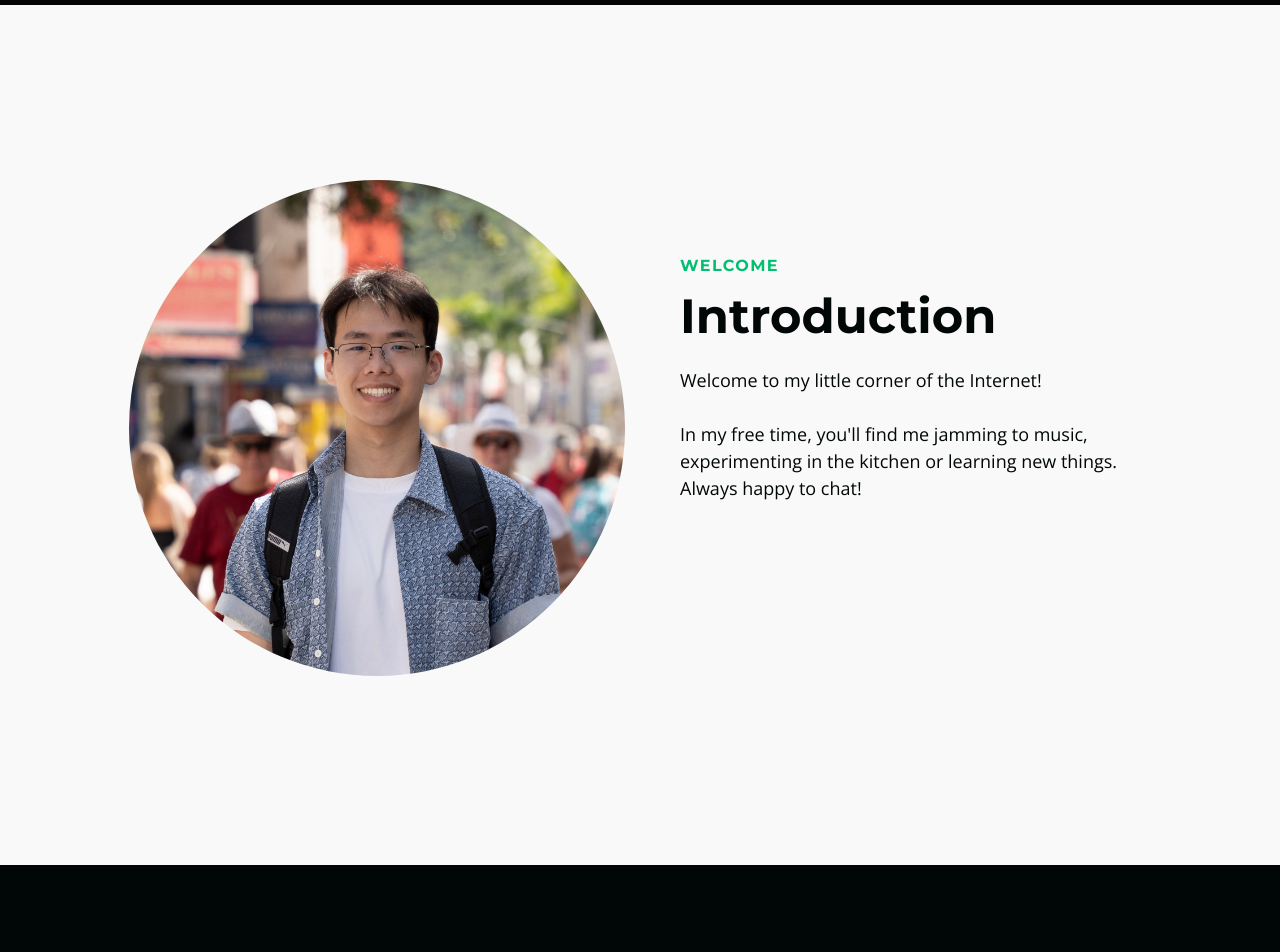
Repository: icer6683/Website
Page: /
The author's editor kept a copy of each file at every save. The page is drawn from the files as they stood at one save, then again after the next save.
The browser window is 1280 px wide. The pictures show the part of the page from y = 875 to 1827 px (the page is 5393 px tall).
The project was rebuilt for these pictures with package versions that can differ from the ones it lists, and the page was loaded fresh each time. Also part of the build but not shown: src/Components/ContactMe/ContactMeElements.js, src/Components/ContactMe/index.js, src/Pages/contactme.js. Imported but missing from the stored project, and not drawn on this page: src/Video/video.mp4.

Above is the page before, as saved 2025-01-24 23:49:44.

### public/index.html
<!DOCTYPE html>
<html lang="en">

<head>
  <meta charset="utf-8" />
  <link rel="icon" href="%PUBLIC_URL%/logo.png" />
  <meta name="viewport" content="width=device-width, initial-scale=1" />
  <meta name="theme-color" content="#000000" />
  <meta name="name" content="Andrew Lou" />
  <meta name="description" content=" Portfolio website of Andrew Lou, a undergradaute student at Wharton." />
  <meta name="keywords" content="Andrew Lou, Wharton, Cornell, UPenn, Finance, Computer Science, Connecticut ">
  <link rel="apple-touch-icon" href="%PUBLIC_URL%/logo.png" />
  <link rel="stylesheet" href="https://use.fontawesome.com/releases/v5.15.1/css/all.css"
    integrity="sha384-vp86vTRFVJgpjF9jiIGPEEqYqlDwgyBgEF109VFjmqGmIY/Y4HV4d3Gp2irVfcrp" crossorigin="anonymous">
  <link rel="preconnect" href="https://fonts.gstatic.com">
  <link rel="preconnect" href="https://fonts.gstatic.com">
  <link href="https://fonts.googleapis.com/css2?family=Montserrat:wght@600;700&display=swap" rel="stylesheet">
  <link rel="preconnect" href="https://fonts.gstatic.com">
  <link href="https://fonts.googleapis.com/css2?family=Open+Sans:wght@300;400&display=swap" rel="stylesheet">
  <!--
      manifest.json provides metadata used when your web app is installed on a
      user's mobile device or desktop. See https://developers.google.com/web/fundamentals/web-app-manifest/
    -->
  <link rel="manifest" href="%PUBLIC_URL%/manifest.json" />
  <!--
      Notice the use of %PUBLIC_URL% in the tags above.
      It will be replaced with the URL of the `public` folder during the build.
      Only files inside the `public` folder can be referenced from the HTML.

      Unlike "/favicon.ico" or "favicon.ico", "%PUBLIC_URL%/favicon.ico" will
      work correctly both with client-side routing and a non-root public URL.
      Learn how to configure a non-root public URL by running `npm run build`.
    -->
  <title>Andrew Lou</title>
</head>

<body>
  <noscript>Hey there! This is Andrew. I'm orginally from Connecticut. I'm currently a sophomore at Wharton focusing on
    finance and computer science. Browse this website to learn more me! </noscript>
  <div id="root"></div>
  <!--
      This HTML file is a template.
      If you open it directly in the browser, you will see an empty page.

      You can add webfonts, meta tags, or analytics to this file.
      The build step will place the bundled scripts into the <body> tag.

      To begin the development, run `npm start` or `yarn start`.
      To create a production bundle, use `npm run build` or `yarn build`.
    -->
</body>

</html>

### src/App.js
import './App.css';
import React from 'react';
import { BrowserRouter as Router, Switch, Route } from 'react-router-dom'
import Home from './Pages';
import ContactMePage from './Pages/contactme';
function App() {
  return (
    <Router>
      <Switch>
        <Route path="/" component={Home} exact />
        <Route path="/contactme" component={ContactMePage} exact />
      </Switch>
    </Router>
  );
}

export default App;

### src/App.css
*{
  box-sizing: border-box;
  margin: 0;
  padding:0;
  font-family: 'Montserrat', sans-serif;
}

### src/Pages/index.js
import React, { useState } from 'react'
import Navbar from '../Components/Navbar';
import Topbar from '../Components/Topbar';
import HeroSection from '../Components/Main';
import Sections from '../Components/Sections';
import Gallery from '../Components/Gallery';
import { homeObjOne, homeObjTwo } from '../Components/Sections/Data';
import Footer from '../Components/Footer'
import Timeline from '../Components/Timeline';
const Home = () => {
    const [isOpen, setIsOpen] = useState(false);

    const toggle = () => {
        setIsOpen(!isOpen);
    };
    return (
        <>
            <Topbar isOpen={isOpen} toggle={toggle} />
            <Navbar toggle={toggle} />
            <HeroSection />
            <Sections {...homeObjOne} />
            <Sections {...homeObjTwo} />
            <Timeline />
            <Gallery />
            <Footer />
        </>
    )
}

export default Home

### src/Components/Topbar/index.js
import React from 'react';
import { TopbarContainer, Icon, CloseIcon, TopbarWrapper, TopbarMenu, TopbarLink, TopBtnWrap, TopbarRoute, TopbarContactMe, StyledPopup, TopBtnLink }
    from './TopbarElements';
import { animateScroll as scroll } from 'react-scroll';

const Topbar = ({ isOpen, toggle }) => {
    const changeTop = () => {
        scroll.scrollToTop();
    }
    return (
        <TopbarContainer isOpen={isOpen} onClick={toggle}>
            <Icon onClick={toggle}>
                <CloseIcon />
            </Icon>
            <TopbarWrapper>
                <TopbarMenu>
                    <TopbarLink to="about" onClick={toggle}>About</TopbarLink>
                    <TopbarLink to="updates" onClick={toggle}>Updates</TopbarLink>
                    <TopbarLink to="experiences" onClick={toggle}>Experiences</TopbarLink>
                    <TopbarLink to="interests" onClick={toggle}>Interests</TopbarLink>
                </TopbarMenu>
                <TopBtnWrap>
                    <TopBtnLink to='/contactme' onClick={changeTop}>Contact Me</TopBtnLink>
                </TopBtnWrap>
            </TopbarWrapper>
        </TopbarContainer>
    );
};

export default Topbar;

### src/Components/Main/index.js
import React from 'react';
import Video from '../../Video/video.mp4';
import { HeroContainer, HeroBg, VideoBg, HeroContent, HeroH1, HeroP, HeroBtnMenu, HeroSmall } from './HeroElements';
import './Main.css';
import Typewriter from 'typewriter-effect';
const HeroSection = ({ shape }) => {
    return (
        <HeroContainer id="home">
            <HeroBg>
                <VideoBg autoPlay loop playsinline muted src={Video} type='video/mp4' style={{ WebkitMediaControls: 'display(none)' }} />
            </HeroBg>
            <HeroContent>
                <HeroH1><Typewriter
                    onInit={(typewriter) => {
                        typewriter
                            .typeString("Hey there!")
                            .pauseFor(1000)
                            .deleteAll()
                            .typeString("I'm Andrew. ")
                            .start();
                    }}
                /></HeroH1>
                <HeroP>
                    J.D Candidate at <a href="https://law.yale.edu/" class="yaleLink">Yale Law</a>.
                </HeroP>
                <HeroBtnMenu>
                    <a href="https://github.com/icer6683" className="buttonMain" target="_blank" rel="noreferrer"><i class="fab fa-github fa-2x button"></i></a>
                    <a href="http://www.linkedin.com/in/andrewlou6683" className="buttonMain" target="_blank" rel="noreferrer"><i class="fab fa-linkedin fa-2x button"></i></a>
                </HeroBtnMenu>
                <HeroSmall style={{ transform: 'translate(0%, 1400%)' }}>
                    Built from scratch with React, HTML5 and CSS3
                </HeroSmall>
            </HeroContent>
        </HeroContainer>
    )
}

export default HeroSection

### src/Components/Sections/index.js
import React from 'react'
import {Button} from '../ButtonElement'
import {InfoContainer, InfoWrapper, InfoRow, Column1, TextWrapper, TopLine, Heading, Subtitle, BtnWrap, Column2, ImgWrap, Img, A} from './SectionElements'
import ArrowForwardIcon from '@material-ui/icons/ArrowForward';
const Sections = ({onClick, lightBg, id, imgStart, topLine, lightText, headline, darkText, description, buttonLabel, img, alt, round, shape, primary, dark, dark2, show,src}) => {
    return (
        <>
            <InfoContainer lightBg={lightBg} id={id}>
                <InfoWrapper>
                    <InfoRow imgStart={imgStart}>
                        <Column1>
                            <TextWrapper>
                                <TopLine>{topLine}</TopLine>
                                <Heading lightText = {lightText}>{headline}</Heading>
                                <Subtitle darkText = {darkText}>{description}</Subtitle>
                                <BtnWrap>
                                    <Button
                                    shape = {shape}
                                    smooth={true}
                                    duration = {true}
                                    spy={true}
                                    exact='true'
                                    offset={-80}
                                    primary={primary? 1 : 0}
                                    dark = {dark ? 1 : 0}
                                    dark2 = {dark2 ? 1 : 0}
                                    style = {{display: show}}
                                ><A href={src} onClick={onClick}>{buttonLabel}&nbsp;<ArrowForwardIcon style = {{fontSize: '1rem'}}/></A></Button>
                                </BtnWrap>
                            </TextWrapper>
                        </Column1>

                        <Column2>
                            <ImgWrap>
                                <Img src = {img} alt={alt} round={round}/>
                            </ImgWrap>
                        </Column2>
                    </InfoRow>
                </InfoWrapper>
            </InfoContainer>
        </>
    )
}

export default Sections;

### src/Components/Sections/Data.js
import face from '../../Images/face.JPG';
import walking from '../../Images/walking.svg';

export const homeObjOne = {
    id: 'about',
    lightBg: true,
    lightText: false,
    lightTextDesc: false,
    topLine: 'Welcome',
    headline: "Introduction",
    description: "Welcome to my little corner of the Internet! \n\nIn my free time, you'll find me jamming to music, experimenting in the kitchen or learning new things. Always happy to chat!",
    shape: false,
    imgStart: true,
    img: face,
    alt: 'Face',
    dark: true,
    primary: true,
    darkText: true,
    round: true,
    show: 'none'
}
export const homeObjTwo = {
    id: 'updates',
    lightBg: false,
    lightText: true,
    lightTextDesc: true,
    topLine: 'Updates',
    headline: "Current",
    description: "At Penn, I am a Cohort Director for Wharton Cohorts, a VP in the Wharton Undergraduate Distressed Investing Club and an opinion columnist for the Daily Pennsylvanian. Other clubs I'm involved with include the Wharton Investment and Trading Group, Wharton Asia Exchange and Penn Wharton China Summit. In addition, I have served as a teaching assistant for STAT 4710/5710: Modern Data Mining and research assistants for several professors at Penn. ",
    shape: false,
    imgStart: false,
    img: walking,
    alt: 'Absorbed in Work',
    dark: false,
    primary: true,
    darkText: false,
    round: true,
    show: 'none'
}

export const homeObjThree = {
    id: 'updates',
    lightBg: false,
    lightText: true,
    lightTextDesc: true,
    topLine: 'Updates',
    headline: "Current",
    description: "At Cornell, I was involved with the Student Activities Funding Commission, Association of Computer Science Undergraduates, Ascend Business Club and Cornell Undergraduate Research Board. \n \nIn addition, I served as a consultant for CS 2110: Object-Oriented Programming and Data Structures. ",
    shape: false,
    imgStart: false,
    img: walking,
    alt: 'Absorbed in Work',
    dark: false,
    primary: true,
    darkText: false,
    round: true,
    show: 'none'
}

### src/Components/Footer/index.js
import React from 'react'
import { FooterContainer, FooterWrap, FooterLinksContainer, FooterLinksWrapper, FooterLinkItems, FooterLinkTitle, FooterLink, SocialLogo, WebsiteRights, SocialMedia, SocialMediaWrap } from './FooterElements'
import { animateScroll as scroll } from 'react-scroll';
import logo from '../logo.png';
const Footer = () => {

    const toggleHome = () => {
        scroll.scrollToTop();
    }

    return (
        <>
            <FooterContainer>
                <FooterWrap>
                    <FooterLinksContainer>
                        <FooterLinksWrapper>
                        </FooterLinksWrapper>
                    </FooterLinksContainer>

                    <SocialMedia>
                        <SocialMediaWrap>
                            <SocialLogo to='/' onClick={toggleHome}>
                                <img src={logo} style={{ width: '50px', borderRadius: '7px' }}></img>
                            </SocialLogo>
                            <WebsiteRights>Andrew Lou © {new Date().getFullYear()} All rights reserved. </WebsiteRights>
                        </SocialMediaWrap>
                    </SocialMedia>
                </FooterWrap>
            </FooterContainer >
        </>
    )
}

export default Footer

### src/Components/Main/Main.css
.buttonMain {
    width: 60px;
    height: 60px;
    background-color: white;
    color: #010606;
    text-decoration: none;
    border-radius: 50px;
    white-space: nowrap;
    outline: none;
    border: none;
    cursor: pointer;
    display: flex;
    justify-content: center;
    align-items: center;
    transition: all 0.2s ease-in-out;
    padding: 5px;
}

.yaleLink {
    color: #01bf71;
    text-decoration: none;
}

.buttonMain:hover {
    transition: all 0.2s ease-in-out;
    background-color: #01BF71;
}

### src/Components/ButtonElement.js
import styled from 'styled-components';
import {Link as LinkS} from 'react-scroll'

export const Button = styled(LinkS)`
    width: ${({shape}) => (shape ? '60px' : '')};
    height: ${({shape}) => (shape ? '60px' : '')};
    border-radius: 50px;
    background: ${({primary}) => (primary ? '#01BF71' : '#010606')};
    white-space: nowrap;
    padding: ${({big}) => (big ? '14px 48px' : '12px 30px')};
    color: ${({dark}) => (dark ? '#010606' : '#fff')};
    font-size: ${({fontBig}) =>(fontBig ? '20px' : '16px')};
    outline: none;
    border: none;
    cursor: pointer;
    display: flex;
    justify-content: center;
    align-items: center;
    transition: all 0.2s ease-in-out;
    text-decoration: none;
    font-family: 'Open Sans', sans serif;
    &: hover{
        transition: all 0.2s ease-in-out;
        background: ${({primary}) => (primary ? '#fff' : '#01BF71')};
    }
`

### src/Components/Gallery/GalleryComponents.js
import styled from 'styled-components';

export const GalleryContainer = styled.div`
    height: 900px;
    display: flex;
    flex-direction: column;
    justify-content: center;
    align-items: center;
    background: #010606;

    @media screen and (max-width: 1300px){
        height: 1200px;
    }

    @media screen and (max-width: 768px){
        height: 1900px;
    }
`

export const GalleryWrapper = styled.div`
    max-width: 1300px;
    margin: 0 auto;
    display: grid;
    grid-template-columns: 1fr 1fr 1fr 1fr;
    align-items: center;
    grid-gap: 16px;
    padding: 0 50px;

    @media screen and (max-width: 1300px){
        grid-template-columns: 1fr 1fr 1fr;
    }

    @media screen and (max-width: 1000px){
        grid-template-columns: 1fr 1fr;
    }

    @media screen and (max-width: 768px){
        grid-template-columns: 1fr;
        padding: 0 20px;
    }
`

export const GalleryCard = styled.div`
    background: #fff;
    display: flex;
    flex-direction: column;
    justify-content: flex-start;
    align-items: center;
    border-radius: 10px;
    max-width: 340px;
    height: 350px;
    padding: 30px;
    box-shadow: 0 1px 3px rgba (0,0,0,0.2);
    transition: all 0.2s ease-in-out;

    &:hover{
        transform: scale(1.02);
        transition: all 0.2s ease-in-out;
        cursor: pointer;
    }
`

export const GalleryIcon = styled.img`
    height: 160px;
    width: 160px;
    margin-bottom: 10px;
`

export const GalleryH1 = styled.h1`
    font-size: 2.5rem;
    color: #fff;
    margin-bottom: 64px;

    @media screen and (max-width: 480px){
        font-size: 2rem;
    }
`

export const GalleryH2 = styled.h2`
    font-size: 1rem;
    margin-bottom: 10px;
`

export const GalleryP = styled.p`
    font-size: 0.9rem;
    text-align: center;
    font-family: 'Open Sans', sans serif;
`

### src/Components/Footer/FooterElements.js
import styled from 'styled-components';
import {Link} from 'react-router-dom';
export const FooterContainer = styled.footer`
    background-color: #101522;
`

export const FooterWrap= styled.div`
    padding: 48px 24px;
    display: flex;
    flex-direction: column;
    justify-content: center;
    align-items: center;
    max-width: 1100px;
    margin: 0 auto;
`

export const FooterLinksContainer = styled.div`
    display: flex;
    justify-content: center;

    @media screen and (max-width: 820px){
        padding-top: 32px;
    }
`

export const FooterLinksWrapper = styled.div`
    display: flex;

    @media screen and (max-width: 820px){
        flex-direction: column;
    }
`

export const FooterLinkItems = styled.div`
    display: flex;
    flex-direction: column;
    align-items: flex-start;
    margin: 16px;
    text-align: center;
    width: 160px;
    box-sizing: border-box;
    color: #fff;

    @media screen and (max-width: 420px){
        margin: 0;
        padding: 10px;
        width: 100%;
    }
`

export const FooterLinkTitle = styled.h1`
    font-size: 14px;
    margin-bottom: 16px;

`

export const FooterLink = styled(Link)`
    font-family: 'Open Sans', sans serif;
    color: #fff;
    text-decoration: none;
    margin-bottom: 0.5rem;
    font-size: 14px;
    font-weight: 300px;
    &:hover{
        color: #01bf71;
        transition: 0.3s ease-in-out;
    }
`
export const SocialMedia = styled.section`
    max-width: 1000px;
    width: 100%;
`

export const SocialMediaWrap = styled.div`
    display: flex;
    justify-content: space-between;
    align-items: center;
    max-width: 1100px;
    margin: 40px auto 0 auto;

    @media screen and (max-width: 820px){
        flex-direction: column;
    }
`
export const SocialLogo = styled(Link)`
    color: #fff;
    justify-self: start;
    cursor: pointer;
    text-decoration: none;
    font-size: 1.5rem;
    display: flex;
    align-items: center;
    margin-bottom: 16px;
    font-weight: bold;
`

export const WebsiteRights = styled.small`
    color: #fff;
    margin-bottom: 16px;

`

### src/Components/Timeline/TimelineElements.js
import styled from 'styled-components'

let TimelineElements = [
    {
        id: 1,
        title: "Summer Internship @ Guggenheim Securities",
        location: "New York, New York",
        description: "In the Restructuring Advisory Group",
        icon: "work",
    },
    {
        id: 2,
        title: "Summer Internship @ Jett Capital Advisors",
        location: "New York, New York",
        description: "A boutique investment bank focusing on mining, metals and clean tech. ",
        icon: "work",
    },
    {
        id: 3,
        title: "Started at Wharton",
        location: "Philadelphia, Pennsylvania",
        description: "Dual degree in Finance/Statistics and Computer Science",
        icon: "school",
    },
    {
        id: 5,
        title: "High School Diploma @ Cheshire High School",
        location: "Cheshire, Connecticut",
        description: "Valedictorian",
        icon: "school",
    },
];

export const BtnWrap = styled.nav`
    display: flex;
    align-items: center;
`
export default TimelineElements;

### src/Components/Timeline/Timeline.css
#experiences{
    padding-left: 30px;
    padding-right: 30px;
    padding-bottom: 100px;
}
.topline{
    color: #01bf71;
    font-size: 16px;
    line-height: 16px;
    font-weight: 700;
    letter-spacing: 1.4px;
    text-transform: uppercase;
    margin-bottom: 16px;
    text-align: center;
    padding: 45px 0 0 0;
}
.title{
    text-align: center;
    margin-bottom: 24px;
    font-size: 48px;
    line-height: 1.1;
    font-weight: 700;
    color: #010606;

    @media screen and (max-width: 480px){
        font-size: 32px;
    }
}

h3{
    padding-top: 0.25em;
}

.vertical-timeline-element-content {
    padding: 2rem 3em !important;
    box-shadow: 0 0.25em 0.5em 0 rgba(0, 0, 0, 0.25),
    0 0.4em 1.25em 0 rgba(0, 0, 0, 0.15) !important;
}

.vertical-timeline-element{
    color: black;
}


.date {
    color: rgb(151, 151, 151);
}

#description {
    margin: 1.5em 0 2em 0;
    font-family: 'Open Sans', sans-serif;
}

.buttonTime{
    max-width: 195px;
    border-radius: 5px;
    padding: 0.5em 1em;
    color: #010606;
    cursor: pointer;
    transition: all 0.2s ease-in-out;
    text-decoration: none;
}

.workButton{
    background: #06bf71;
}

.workButton:hover{
    background:white;
}

.schoolButton{
    background: #65E4FF;
}

.schoolButton:hover{
    background:white;
}

.custom-line::before {
    background: #424242;
  }


@media only screen and (max-width: 1700px) {
    .vertical-timeline-element-date {
      display: block !important;
      float: none !important;
      color: rgb(44, 44, 44);
      margin-top: 1.5em;
    }
  }

Loaded but not shown: src/index.js (common file); src/Components/Navbar/NavbarElements.js (176 lines, source omitted); src/Components/Navbar/index.js (77 lines, source omitted); src/Components/Topbar/TopbarElements.js (129 lines, source omitted); src/Components/Gallery/index.js (45 lines, source omitted); src/Components/Sections/SectionElements.js (115 lines, source omitted); src/Components/Timeline/index.js (49 lines, source omitted); src/Components/Main/HeroElements.js (115 lines, source omitted)

After the next save:
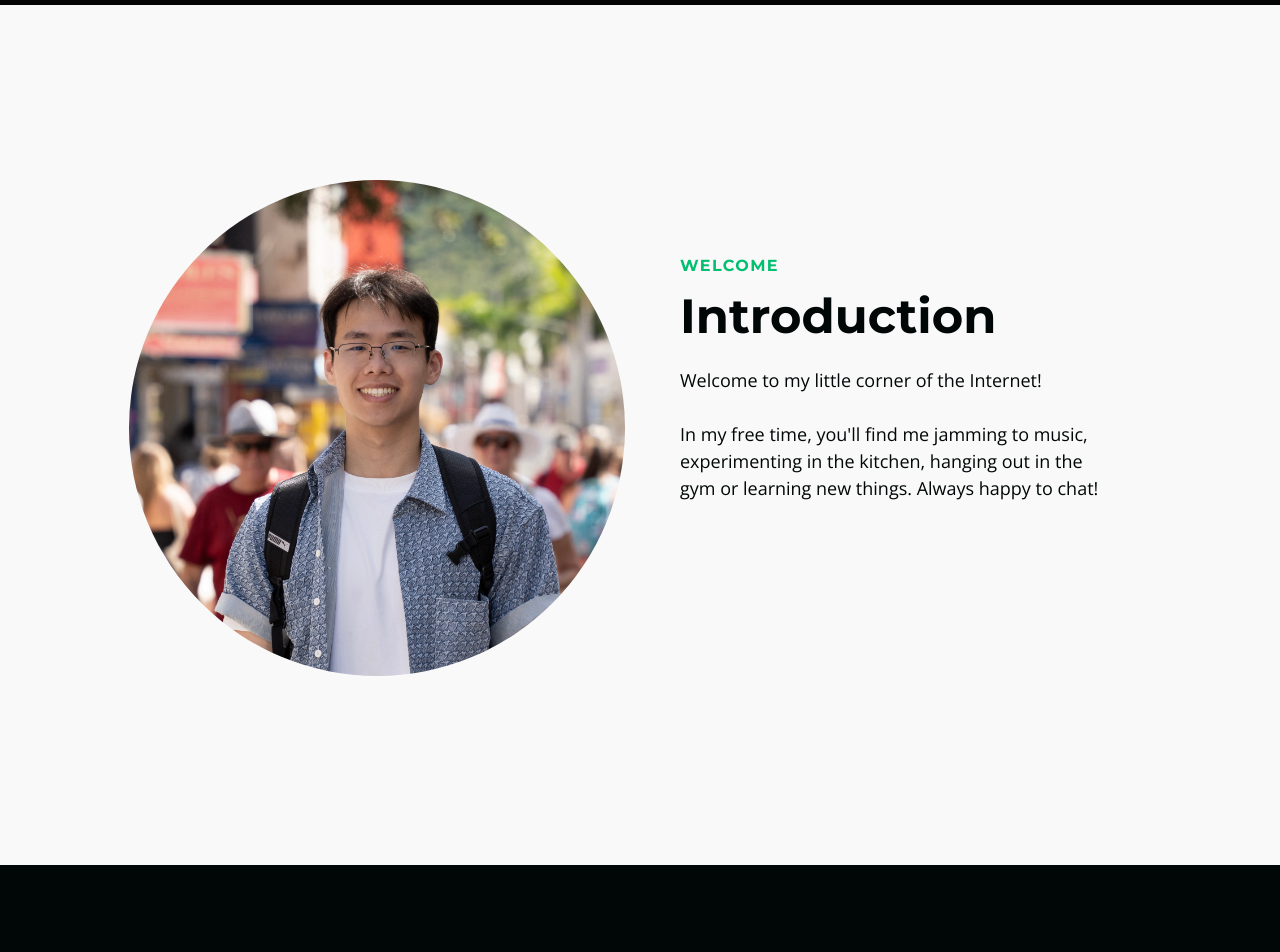
Saved 23 s later.
--- a/src/Components/Sections/Data.js
+++ b/src/Components/Sections/Data.js
@@ -8,7 +8,7 @@ export const homeObjOne = {
     lightTextDesc: false,
     topLine: 'Welcome',
     headline: "Introduction",
-    description: "Welcome to my little corner of the Internet! \n\nIn my free time, you'll find me jamming to music, experimenting in the kitchen or learning new things. Always happy to chat!",
+    description: "Welcome to my little corner of the Internet! \n\nIn my free time, you'll find me jamming to music, experimenting in the kitchen, hanging out in the gym or learning new things. Always happy to chat!",
     shape: false,
     imgStart: true,
     img: face,
